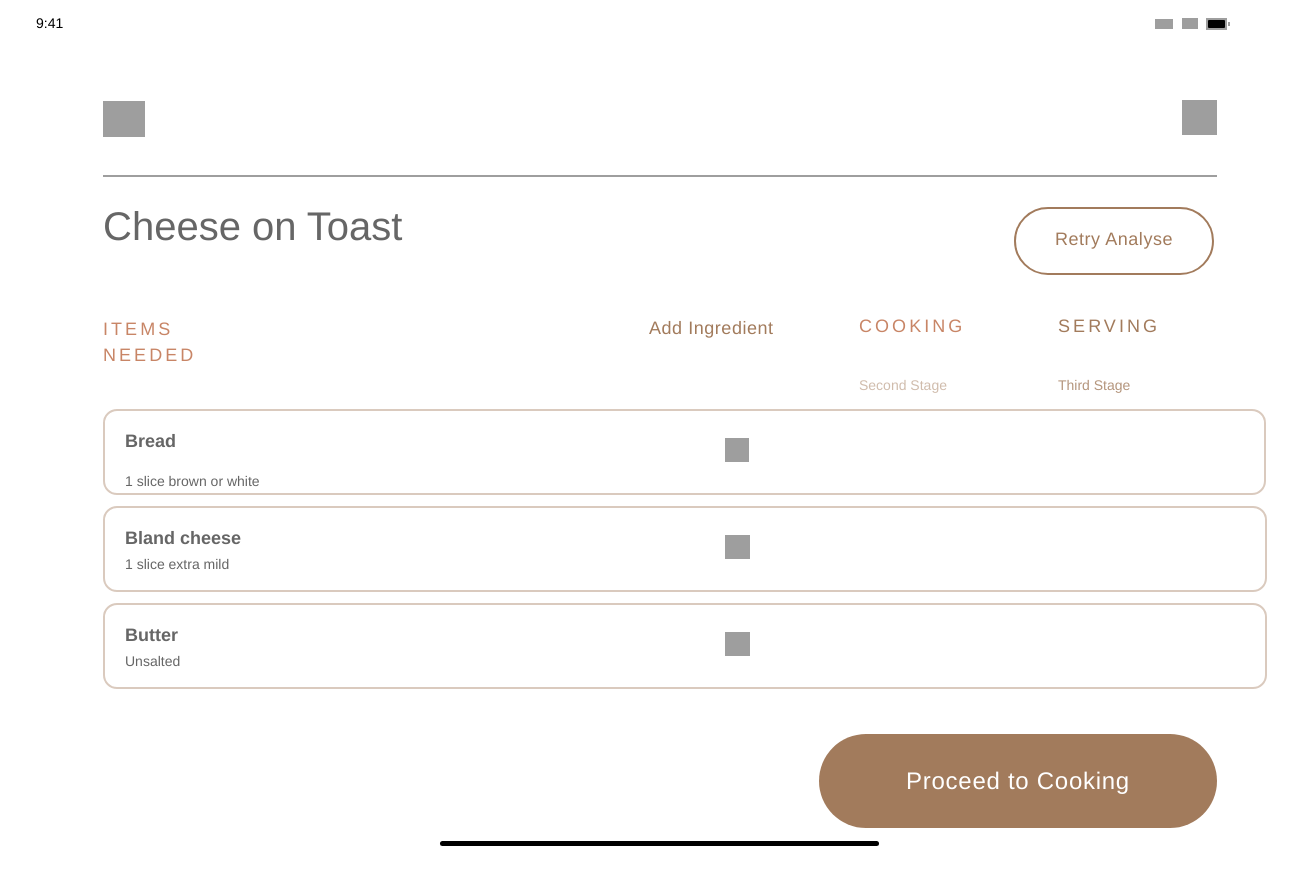
Repository: devashrisamani/SMC
Page: index.html
These files come from the project's save history. The page is drawn as it stood at one moment and after the next save; the edit follows.
The browser window is 1280 px wide. The page is 1292 px wide, so the pictures cover 1292 px, including what lies to the right of the window. The pictures show the whole page.
Pictures or frames that could not be fetched are drawn as grey boxes.

Above is the page before, as saved 2024-10-09 14:38:53.

### index.html
<!DOCTYPE html>
<html>
  <head>
    <meta charset="utf-8" />
    <!-- <link rel="stylesheet" href="globals.css" /> -->
    <link rel="stylesheet" href="styleguide.css" />
    <link rel="stylesheet" href="styles.css" />
  </head>
  <body>
    <div class="step-items-needed">
      <div class="div">
        <div class="overlap">
          <div class="rectangle"></div>
          <img class="line" src="img/line-1.svg" />
          <img class="logomark" src="img/logomark.svg" />
          <img class="help-circle" src="img/help-circle.svg" />
          <div class="rectangle-2"></div>
          <div class="rectangle-3"></div>
          <div class="rectangle-4"></div>
          <div class="text-wrapper">Cheese on Toast</div>
          <div class="buttons">
            <div class="button-base"><div class="text">Retry Analyse</div></div>
          </div>
          <div class="cooking">COOKING</div>
          <div class="serving">SERVING</div>
          <div class="home-indicator"><div class="home-indicator-2"></div></div>
          <div class="button-base-wrapper">
            <div class="button-base-2">
              <div class="text-2">Proceed to Cooking</div>
            </div>
          </div>
          <div class="text-3">Add Ingredient</div>
          <div class="group">
            <div class="overlap-group">
              <div class="frame">
                <div class="group-wrapper">
                  <div class="group-2">
                    <div class="text-wrapper-2">Bread</div>
                    <p class="text-wrapper-3">1 slice brown or white</p>
                  </div>
                </div>
              </div>
              <img class="delete" src="img/image.svg" />
            </div>
          </div>
          <div class="overlap-wrapper">
            <div class="overlap-group">
              <div class="div-wrapper">
                <div class="group-3">
                  <div class="group-4">
                    <div class="text-wrapper-2">Butter</div>
                    <div class="text-wrapper-3">Unsalted</div>
                  </div>
                </div>
              </div>
              <img class="img" src="img/delete.svg" />
            </div>
          </div>
          <div class="overlap-group-wrapper">
            <div class="overlap-group">
              <div class="div-wrapper">
                <div class="group-5">
                  <div class="group-6">
                    <div class="text-wrapper-2">Bland cheese</div>
                    <div class="text-wrapper-3">1 slice extra mild</div>
                  </div>
                </div>
              </div>
              <img class="img" src="img/delete.svg" />
            </div>
          </div>
          <div class="items-needed">ITEMS <br />NEEDED</div>
          <div class="text-wrapper-4">Second Stage</div>
          <div class="text-wrapper-5">Third Stage</div>
        </div>
        <div class="status-bar">
          <div class="time">
            <div class="clock">
              <div class="text-wrapper-6">9</div>
              <div class="text-wrapper-6">:</div>
              <div class="text-wrapper-6">41</div>
            </div>
          </div>
          <div class="icons">
            <img class="cellular-signal" src="img/cellular-signal.svg" />
            <img class="wifi" src="img/wifi.svg" />
            <div class="battery">
              <div class="indicator-wrapper"><div class="indicator"></div></div>
              <img class="cap" src="img/cap.svg" />
            </div>
          </div>
        </div>
      </div>
    </div>
  </body>
</html>

### styleguide.css
:root {
  --ioskey-label: rgba(0, 0, 0, 1);
  --text-base-medium-font-family: "DM Sans", Helvetica;
  --text-base-medium-font-weight: 500;
  --text-base-medium-font-size: 16px;
  --text-base-medium-letter-spacing: 0.48px;
  --text-base-medium-line-height: 24px;
  --text-base-medium-font-style: normal;
  --text-xs-regular-font-family: "DM Sans", Helvetica;
  --text-xs-regular-font-weight: 400;
  --text-xs-regular-font-size: 12px;
  --text-xs-regular-letter-spacing: 0.36px;
  --text-xs-regular-line-height: 16px;
  --text-xs-regular-font-style: normal;
  --system-colors-miscellaneous-floating-tab-text-unselected: rgba(0, 0, 0, 1);
  --space-rounded-space-space-6: var(--base-size-size-24);
  --space-rounded-space-space-3: var(--base-size-size-12);
  --space-rounded-space-space-5: var(--base-size-size-20);
  --space-rounded-space-space-9: var(--base-size-size-36);
  --space-rounded-space-space-4: var(--base-size-size-16);
  --space-rounded-rounded-full: 9999px;
  --base-size-size-24: 24px;
  --base-size-size-12: 12px;
  --base-size-size-20: 20px;
  --base-size-size-36: 36px;
  --base-size-size-16: 16px;
  --base-colors-primary-main: rgba(162, 123, 92, 1);
  --base-colors-neutral-white: rgba(255, 255, 255, 1);
  --base-colors-yellow-main: rgba(255, 169, 11, 1);
  --color-tokens-BG-primary-default: var(--base-colors-primary-main);
  --color-tokens-icon-white: var(--base-colors-neutral-white);
  --color-tokens-BG-neutral-white: var(--base-colors-neutral-white);
  --color-tokens-BG-yellow-default: var(--base-colors-yellow-main);
}

/*

  To enable a theme in your HTML, simply add one of the following data attributes to an HTML element, like so:

  <body data-system-colors-mode="light">
      <!-- the rest of your content -->
  </body>

  You can apply the theme on any DOM node, not just the `body`

  */

[data-system-colors-mode="light"] {
  --system-colors-miscellaneous-floating-tab-text-unselected: rgba(0, 0, 0, 1);
}

[data-system-colors-mode="dark"] {
  --system-colors-miscellaneous-floating-tab-text-unselected: rgba(
    255,
    255,
    255,
    0.4
  );
}

[data-system-colors-mode="dark-elevated"] {
  --system-colors-miscellaneous-floating-tab-text-unselected: rgba(
    255,
    255,
    255,
    0.4
  );
}

### styles.css
.step-items-needed {
  /* Remove background color */
  display: flex;
  flex-direction: row;
  justify-content: center;
  width: 100%;
  margin: 20px; /* Add margin around the page */
}

.step-items-needed .div {
  /* Remove background color */
  width: 1194px;
  height: 834px;
  position: relative;
  margin: auto; /* This centers the content horizontally */
}

.step-items-needed .overlap {
  position: absolute;
  width: 1194px;
  height: 834px;
  top: 0;
  left: 0;
  background-size: 100% 100%;
  margin: 0 auto; /* This will ensure no borders on the side */
}

.step-items-needed .rectangle {
  position: absolute;
  width: 1194px;
  height: 834px;
  top: 0;
  left: 0;
  background-color: #ffffff;
  gap: var(--space-rounded-space-space-6);
}

/* Remove brown color from these elements */
.step-items-needed .rectangle-2,
.step-items-needed .rectangle-3,
.step-items-needed .rectangle-4 {
  display: none; /* Hide these elements to remove the side borders */
}

.step-items-needed .line {
  position: absolute;
  width: 1114px;
  height: 2px;
  top: 155px;
  left: 40px;
}

.step-items-needed .logomark {
  position: absolute;
  width: 42px;
  height: 36px;
  top: 81px;
  left: 40px;
}

.step-items-needed .help-circle {
  position: absolute;
  width: 35px;
  height: 35px;
  top: 80px;
  left: 1119px;
}

.step-items-needed .rectangle-2 {
  position: absolute;
  width: 199px;
  height: 577px;
  top: 257px;
  left: 955px;
  background-color: #a27b5c;
  opacity: 0.3;
}

.step-items-needed .rectangle-3 {
  position: absolute;
  width: 199px;
  height: 577px;
  top: 257px;
  left: 756px;
  background-color: #a27b5c;
  opacity: 0.2;
}

.step-items-needed .rectangle-4 {
  position: absolute;
  width: 756px;
  height: 577px;
  top: 257px;
  left: 0;
  background-color: #a27b5c;
  opacity: 0.1;
}

.step-items-needed .text-wrapper {
  position: absolute;
  height: 40px;
  top: 186px;
  left: 40px;
  font-family: "Calistoga-Regular", Helvetica;
  font-weight: 400;
  color: #666666;
  font-size: 40px;
  letter-spacing: 0;
  line-height: 40px;
  white-space: nowrap;
}

.step-items-needed .buttons {
  display: flex;
  width: 200px;
  height: 40px;
  align-items: flex-start;
  position: absolute;
  top: 187px;
  left: 951px;
}

.step-items-needed .button-base {
  display: flex;
  height: 40px;
  align-items: center;
  justify-content: center;
  gap: var(--space-rounded-space-space-3);
  padding: var(--space-rounded-space-space-3) var(--space-rounded-space-space-5)
    var(--space-rounded-space-space-3) var(--space-rounded-space-space-5);
  position: relative;
  flex: 1;
  flex-grow: 1;
  border-radius: var(--space-rounded-rounded-full);
  border: 2px solid;
  border-color: #a27b5c;
}

.step-items-needed .text {
  position: relative;
  width: fit-content;
  margin-top: -6px;
  margin-bottom: -2px;
  font-family: "Calistoga-Regular", Helvetica;
  font-weight: 400;
  color: #a27b5c;
  font-size: 18px;
  text-align: center;
  letter-spacing: 0.54px;
  line-height: 24px;
  white-space: nowrap;
}

.step-items-needed .cooking {
  position: absolute;
  height: 21px;
  top: 296px;
  left: 796px;
  font-family: "Aboreto-Regular", Helvetica;
  font-weight: 400;
  color: #c88566;
  font-size: 18px;
  letter-spacing: 3.06px;
  line-height: normal;
  white-space: nowrap;
}

.step-items-needed .serving {
  position: absolute;
  height: 21px;
  top: 296px;
  left: 995px;
  font-family: "Aboreto-Regular", Helvetica;
  font-weight: 400;
  color: #a27b5c;
  font-size: 18px;
  letter-spacing: 3.06px;
  line-height: normal;
  white-space: nowrap;
}

.step-items-needed .home-indicator {
  position: absolute;
  width: 1194px;
  height: 72px;
  top: 762px;
  left: 0;
}

.step-items-needed .home-indicator-2 {
  position: relative;
  width: 439px;
  height: 5px;
  top: 59px;
  left: 377px;
  background-color: var(--ioskey-label);
  border-radius: 5px;
}

.step-items-needed .button-base-wrapper {
  display: flex;
  width: 398px;
  height: 70px;
  align-items: flex-start;
  position: absolute;
  top: 714px;
  left: 756px;
}

.step-items-needed .button-base-2 {
  display: flex;
  height: 70px;
  align-items: center;
  justify-content: center;
  gap: var(--space-rounded-space-space-3);
  padding: var(--space-rounded-space-space-3) var(--space-rounded-space-space-5)
    var(--space-rounded-space-space-3) var(--space-rounded-space-space-5);
  position: relative;
  flex: 1;
  flex-grow: 1;
  background-color: var(--color-tokens-BG-primary-default);
  border-radius: var(--space-rounded-rounded-full);
}

.step-items-needed .text-2 {
  position: relative;
  width: fit-content;
  color: #ffffff;
  font-size: 24px;
  letter-spacing: 0.72px;
  font-family: "Calistoga-Regular", Helvetica;
  font-weight: 400;
  line-height: 24px;
  white-space: nowrap;
}

.step-items-needed .text-3 {
  position: absolute;
  top: 296px;
  left: 586px;
  color: #a27b5c;
  font-size: 18px;
  letter-spacing: 0.54px;
  font-family: "Calistoga-Regular", Helvetica;
  font-weight: 400;
  line-height: 24px;
  white-space: nowrap;
}

.step-items-needed .group {
  position: absolute;
  width: 675px;
  height: 82px;
  top: 389px;
  left: 40px;
}

.step-items-needed .overlap-group {
  position: relative;
  height: 82px;
  border-radius: 14px;
}

.step-items-needed .frame {
  display: flex;
  width: 675px;
  align-items: center;
  gap: 20px;
  padding: 20px 464px 20px 20px;
  position: absolute;
  top: 0;
  left: 0;
  border-radius: 14px;
  border: 2px solid;
  border-color: #a27b5c66;
}

.step-items-needed .group-wrapper {
  position: relative;
  width: 148px;
  height: 42px;
}

.step-items-needed .group-2 {
  position: relative;
  width: 152px;
  height: 42px;
}

.step-items-needed .text-wrapper-2 {
  position: absolute;
  top: 0;
  left: 0;
  font-family: "Epilogue-SemiBold", Helvetica;
  font-weight: 600;
  color: #666666;
  font-size: 18px;
  letter-spacing: 0;
  line-height: normal;
  white-space: nowrap;
}

.step-items-needed .text-wrapper-3 {
  position: absolute;
  top: 28px;
  left: 0;
  font-family: "Epilogue-Regular", Helvetica;
  font-weight: 400;
  color: #666666;
  font-size: 14px;
  letter-spacing: 0;
  line-height: normal;
  white-space: nowrap;
}

.step-items-needed .delete {
  position: absolute;
  width: 24px;
  height: 24px;
  top: 29px;
  left: 622px;
}

.step-items-needed .overlap-wrapper {
  position: absolute;
  width: 676px;
  height: 82px;
  top: 583px;
  left: 40px;
}

.step-items-needed .div-wrapper {
  display: flex;
  width: 676px;
  align-items: center;
  gap: 20px;
  padding: 20px 464px 20px 20px;
  position: absolute;
  top: 0;
  left: 0;
  border-radius: 14px;
  border: 2px solid;
  border-color: #a27b5c66;
}

.step-items-needed .group-3 {
  width: 62px;
  position: relative;
  height: 42px;
}

.step-items-needed .group-4 {
  width: 66px;
  position: relative;
  height: 42px;
}

.step-items-needed .img {
  position: absolute;
  width: 25px;
  height: 24px;
  top: 29px;
  left: 622px;
}

.step-items-needed .overlap-group-wrapper {
  position: absolute;
  width: 676px;
  height: 82px;
  top: 486px;
  left: 40px;
}

.step-items-needed .group-5 {
  width: 124px;
  position: relative;
  height: 42px;
}

.step-items-needed .group-6 {
  width: 128px;
  position: relative;
  height: 42px;
}

.step-items-needed .items-needed {
  position: absolute;
  height: 52px;
  top: 296px;
  left: 40px;
  font-family: "Aboreto-Regular", Helvetica;
  font-weight: 400;
  color: #c88566;
  font-size: 18px;
  letter-spacing: 3.06px;
  line-height: 26px;
}

.step-items-needed .text-wrapper-4 {
  position: absolute;
  top: 357px;
  left: 796px;
  opacity: 0.5;
  font-family: "Epilogue-Regular", Helvetica;
  font-weight: 400;
  color: #a27b5c;
  font-size: 14px;
  letter-spacing: 0;
  line-height: normal;
  white-space: nowrap;
}

.step-items-needed .text-wrapper-5 {
  position: absolute;
  top: 357px;
  left: 995px;
  opacity: 0.8;
  font-family: "Epilogue-Regular", Helvetica;
  font-weight: 400;
  color: #a27b5c;
  font-size: 14px;
  letter-spacing: 0;
  line-height: normal;
  white-space: nowrap;
}

.step-items-needed .status-bar {
  display: flex;
  width: 1194px;
  align-items: center;
  justify-content: space-between;
  padding: var(--space-rounded-space-space-4) var(--space-rounded-space-space-5)
    var(--space-rounded-space-space-4) var(--space-rounded-space-space-9);
  position: fixed;
  top: 0;
  left: 0;
}

.step-items-needed .time {
  display: inline-flex;
  align-items: center;
  justify-content: center;
  gap: 4px;
  position: relative;
  flex: 0 0 auto;
}

.step-items-needed .clock {
  display: inline-flex;
  align-items: center;
  position: relative;
  flex: 0 0 auto;
}

.step-items-needed .text-wrapper-6 {
  position: relative;
  width: fit-content;
  margin-top: -1px;
  font-family: "SF Pro Display-Medium", Helvetica;
  font-weight: 500;
  color: var(--system-colors-miscellaneous-floating-tab-text-unselected);
  font-size: 14px;
  letter-spacing: 0;
  line-height: normal;
}

.step-items-needed .icons {
  display: inline-flex;
  align-items: center;
  justify-content: flex-end;
  gap: 8.5px;
  position: relative;
  flex: 0 0 auto;
}

.step-items-needed .cellular-signal {
  position: relative;
  width: 18px;
  height: 10px;
}

.step-items-needed .wifi {
  position: relative;
  width: 16px;
  height: 11.62px;
}

.step-items-needed .battery {
  position: relative;
  width: 24px;
  height: 12px;
}

.step-items-needed .indicator-wrapper {
  position: absolute;
  width: 21px;
  height: 12px;
  top: 0;
  left: 0;
  background-image: url(./img/border.svg);
  background-size: 100% 100%;
}

.step-items-needed .indicator {
  position: relative;
  width: 17px;
  height: 8px;
  top: 2px;
  left: 2px;
  background-color: var(
    --system-colors-miscellaneous-floating-tab-text-unselected
  );
  border-radius: 1px;
}

.step-items-needed .cap {
  position: absolute;
  width: 2px;
  height: 4px;
  top: 4px;
  left: 22px;
}

After the next save:
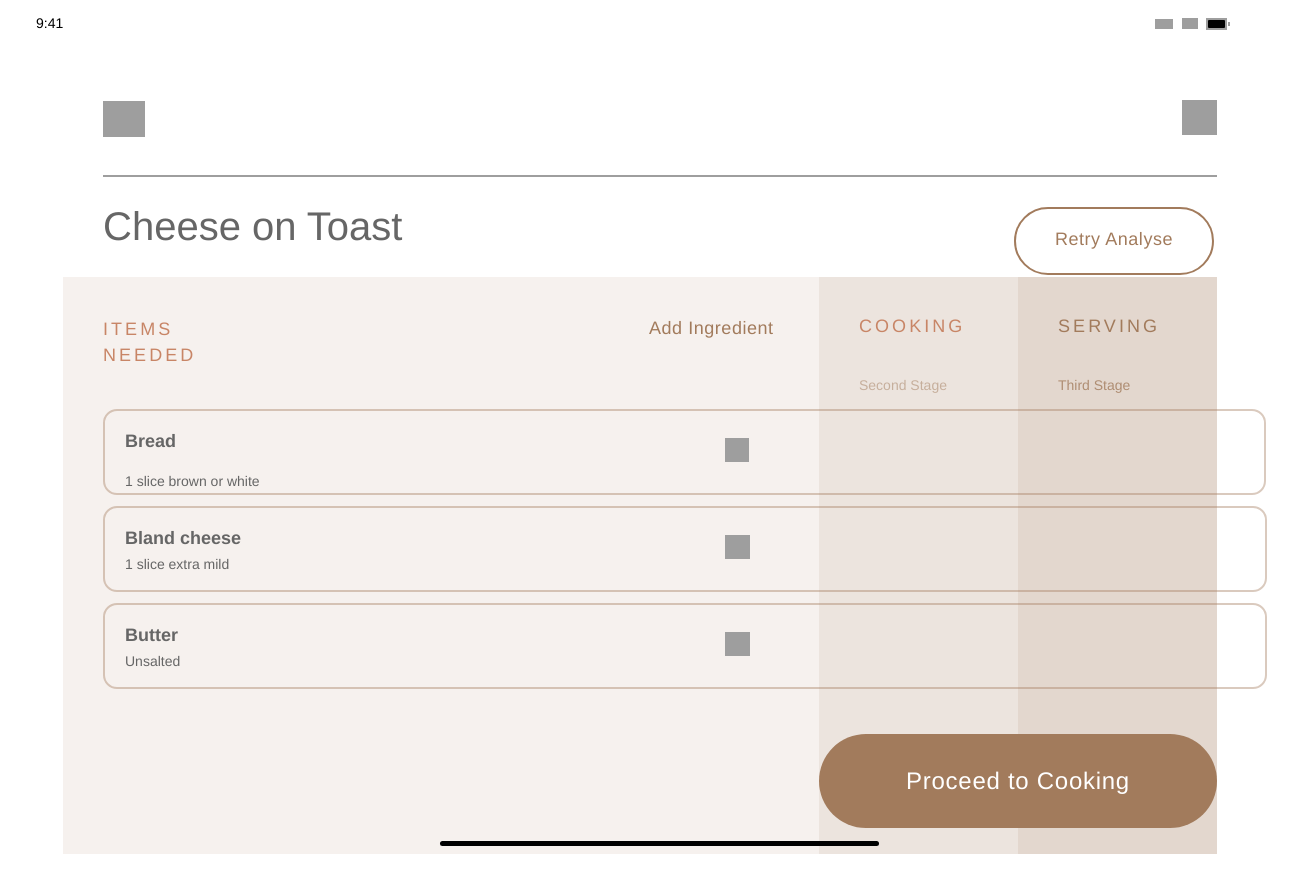
Saved 11 s later.
--- a/styles.css
+++ b/styles.css
@@ -33,13 +33,6 @@
   left: 0;
   background-color: #ffffff;
   gap: var(--space-rounded-space-space-6);
-}
-
-/* Remove brown color from these elements */
-.step-items-needed .rectangle-2,
-.step-items-needed .rectangle-3,
-.step-items-needed .rectangle-4 {
-  display: none; /* Hide these elements to remove the side borders */
 }
 
 .step-items-needed .line {
